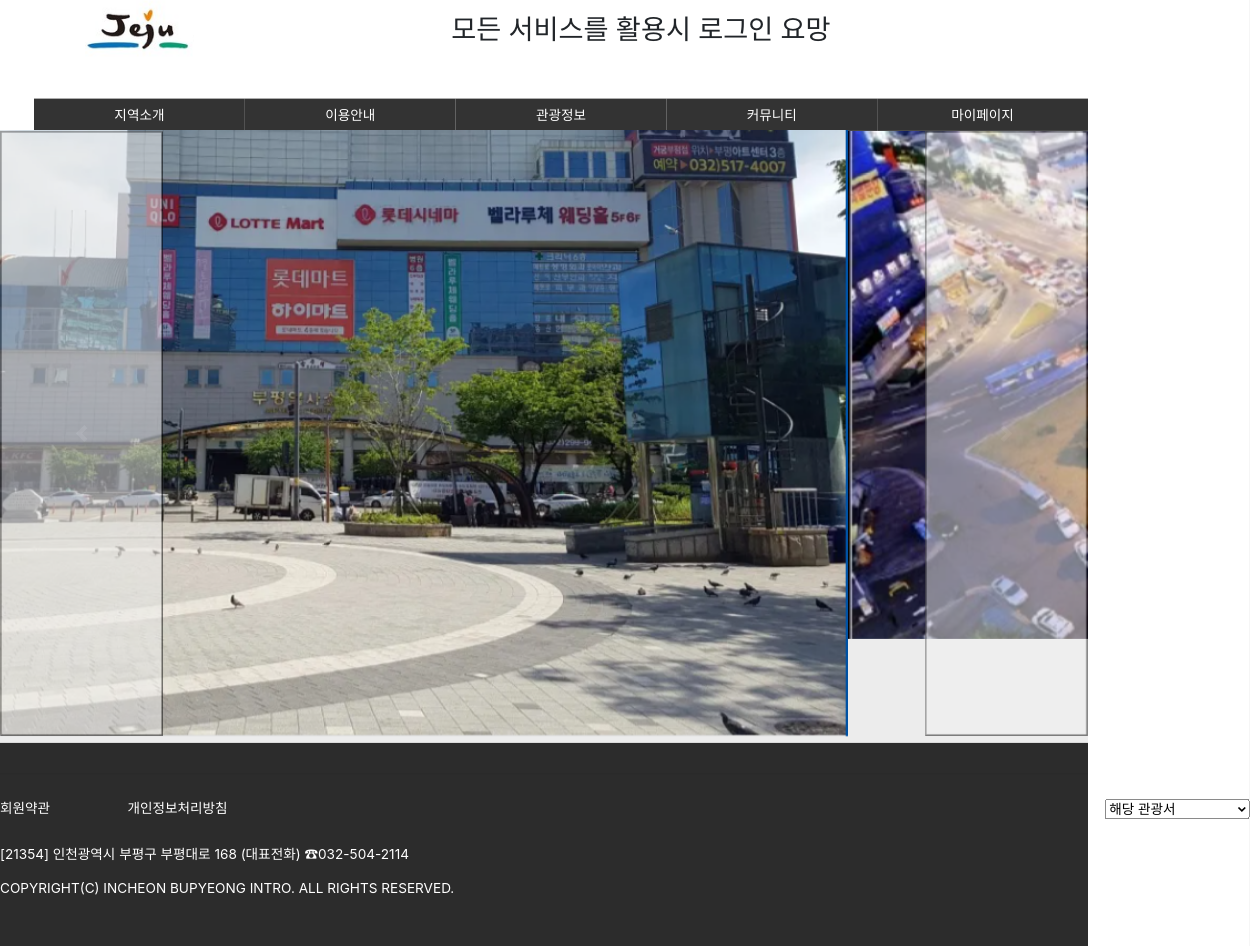
Repository: dlsqja432/Jeju-project
Page: http://localhost/jejudo/
An editor plug-in stored every save of this project. The page is shown before and after the next save, followed by the edit.
The browser window is 1280 px wide. The page is 1470 px wide, so the pictures cover 1470 px, including what lies to the right of the window. The pictures show the whole page, at 85% of full size.
The page is served by Tomcat 9. Other server files are loaded and not shown.

Above is the page before, as saved 2024-04-16 00:40:08.

### jejudo/WebContent/WEB-INF/index.jsp
<%@ page language="java" contentType="text/html; charset=UTF-8"
    pageEncoding="UTF-8"%>
<%@ taglib prefix="c" uri="http://java.sun.com/jsp/jstl/core" %>
<%@ taglib prefix="fmt" uri="http://java.sun.com/jsp/jstl/fmt" %>
<c:set var="path0" value="<%=request.getContextPath() %>" />
<!DOCTYPE html>
<html>
<head>
<meta charset="UTF-8">
<title>${title }</title>
<%@ include file="/head.jsp" %>
<style>
.container {width:1400px; }
.page { clear:both; height:100vh; }
.page_title { font-size:36px; padding-top:2em; text-align:center; }
#page1 { background-color:#ececec }
#page2 { background-color:#fbffc4 }
#page3 { background-color:#f9d6ff }
#page4 { background-color:#d6f5ff }
</style>
</head>
<body>
<div id="header">
	<%@ include file="/header.jsp" %>
</div>
<div id="contents">
	<section class="page" id="page1">
		<figure id="vs">
			<div id="carouselExampleControls" class="carousel slide" data-ride="carousel">
			  <div class="carousel-inner">
			    <div class="carousel-item active">
			      <img src="${path0 }/images/vs4.png" class="d-block w-100" alt="...">
			    </div>
			    <div class="carousel-item">
			      <img src="${path0 }/images/vs5.png" class="d-block w-100" alt="...">
			    </div>
			    <div class="carousel-item">
			      <img src="${path0 }/images/vs6.png" class="d-block w-100" alt="...">
			    </div>
			  </div>
			 <button class="carousel-control-prev" type="button" data-target="#carouselExampleControls" data-slide="prev">
			    <span class="carousel-control-prev-icon" aria-hidden="true"></span>
			    <span class="sr-only">Previous</span>
			  </button>
			  <button class="carousel-control-next" type="button" data-target="#carouselExampleControls" data-slide="next">
			    <span class="carousel-control-next-icon" aria-hidden="true"></span>
			    <span class="sr-only">Next</span>
			  </button>
			</div>
		</figure>
		<h3 class="page_title"></h3>
	</section>
	<div class="">
	</div>
</div>
<div id="footer">
	<%@ include file="/footer.jsp" %>
</div>
</body>
</html>

### jejudo/WebContent/head.jsp
<%@ page language="java" contentType="text/html; charset=UTF-8"
    pageEncoding="UTF-8"%>
<%@ taglib prefix="c" uri="http://java.sun.com/jsp/jstl/core" %>
<%@ taglib prefix="fmt" uri="http://java.sun.com/jsp/jstl/fmt" %>
<c:set var="ipath" value="<%=request.getContextPath() %>" />
<script src="${ipath }/js/jquery-3.2.1.min.js"></script>
<link rel="stylesheet" href="${ipath }/css/bootstrap.min.css" />
<script src="${ipath }/js/bootstrap.min.js"></script>
<link rel="stylesheet" href="https://cdnjs.cloudflare.com/ajax/libs/font-awesome/5.7.0/css/all.min.css" />
<meta name="viewport" content="width=device-width, initial-scale=1.0">
<meta name="subject" content="부평동 소개(Bupyeongdong Intro)" />
<meta name="description" content="부평동, 문화의 거리, 맛집, 교통, 소개" />
<meta name="keywords" content="부평동, 문화의 거리, 맛집, 교통, 소개" />
<link rel="icon" href="${ipath }/images/favicon.png" />
<link rel="shortcut icon" href="${ipath }/images/favicon.png" />
<meta property="og:type" content="website" />
<meta property="og:title" content="bupyeongdong" />
<meta property="og:description" content="부평동, 문화의 거리, 맛집, 교통, 소개" />
<meta property="og:image" content="${ipath }/images/site.png" />
<meta property="og:url" content="http://localhost:8091" />
<link rel="stylesheet" href="${ipath }/css/common.css" />

### jejudo/WebContent/header.jsp
<%@ page language="java" contentType="text/html; charset=UTF-8"
    pageEncoding="UTF-8"%>
<%@ taglib prefix="c" uri="http://java.sun.com/jsp/jstl/core" %>
<%@ taglib prefix="fmt" uri="http://java.sun.com/jsp/jstl/fmt" %>
<c:set var="hpath" value="<%=request.getContextPath() %>" />
<header>
	<div class="logo_wrap">
		<a href="/jeju"><img src="${hpath }/images/Logo.png" alt="제주도 로고" /></a>
	</div>
	<div id="tnb" style="height:100px; line-height:2rem; padding-top:1rem">
		<c:if test="${not empty sid }">
		<h2 style="text-align:center;">${sname } 님 환영합니다.</h2>
		</c:if>
		<c:if test="${empty sid }">
		<h2 style="text-align:center;">모든 서비스를 활용시 로그인 요망</h2>
		</c:if>
	</div>
	<nav id="gnb">
		<ul class="">
			<li class="item">
				<a href="" class="dp1">지역소개</a>
				<ul class="sub_menu">
					<li><a href="${hpath }/intro/origin.jsp">지명유래</a></li>
					<li><a href="${hpath }/intro/facility.jsp">지역 특징 및 시설안내</a></li>
					<li><a href="${hpath }/intro/history.jsp">연혁</a></li>
					<li><a href="${hpath }/intro/map.jsp">오시는 길</a></li>
				</ul>
			</li>
			<li class="item">
				<a href="" class="dp1">이용안내</a>
				<ul class="sub_menu">
					<li><a href="${hpath }/GetTrafficList.do">교통편 안내</a></li>
					<li><a href="${hpath }/tour/building.jsp">공공기관 안내</a></li>
					<li><a href="${hpath }/tour/association.jsp">음식점 안내</a></li>
					<li><a href="${hpath }/tour/lodg.jsp">숙박 시설 안내</a></li>
				</ul>
			</li>
			<li class="item">
				<a href="" class="dp1">관광정보</a>
				<ul class="sub_menu">
					<li><a href="${hpath }/NotiList.do">관광지</a></li>
					<li><a href="">문화재</a></li>
					<li><a href="${hpath }/GetQnaList.do">추천 여행코스</a></li>
				</ul>
			</li>
			<li class="item">
				<a href="" class="dp1">커뮤니티</a>
				<ul class="sub_menu">
					<li><a href="${hpath }/NotiList.do">공지사항</a></li>
					<li><a href="">자료실</a></li>
					<li><a href="${hpath }/GetQnaList.do">묻고답하기</a></li>
				</ul>
			</li>
			<li class="item">
				<a href="" class="dp1">마이페이지</a>
				<ul class="sub_menu">
					<c:if test="${empty sid }">
					<li><a href="${hpath }/member/login.jsp">로그인</a></li>
					<li><a href="${hpath }/member/term.jsp">회원가입</a></li>
					</c:if>
					<c:if test="${not empty sid }">
					<li><a href="${hpath }/Logout.do">로그아웃</a></li>
					<li><a href="${hpath }/EditMember.do?id=${sid }">회원정보</a></li>
					</c:if>
					<c:if test="${sid.equals('admin') }">
					<li><a href="${hpath }/AdminMain.do">관리자</a></li>
					</c:if>
					<li><a href="${hpath }/member/terms.jsp">회원약관</a></li>
					<li><a href="${hpath }/member/policy.jsp">개인정보처리방침</a></li>
				</ul>
			</li>
		</ul>
	</nav>
</header>
<hr>

### jejudo/WebContent/footer.jsp
<%@ page language="java" contentType="text/html; charset=UTF-8"
    pageEncoding="UTF-8"%>
<%@ taglib prefix="c" uri="http://java.sun.com/jsp/jstl/core" %>
<%@ taglib prefix="fmt" uri="http://java.sun.com/jsp/jstl/fmt" %>
<c:set var="fpath" value="<%=request.getContextPath() %>" />
<hr>
<footer>
	<div class="ft_wrap">
		<nav id="fnb">
			<ul>
				<li><a href="${hpath }/member/terms.jsp">회원약관</a></li>
				<li><a href="${hpath }/member/policy.jsp">개인정보처리방침</a></li>
			</ul>
		</nav>
		<div id="loc">
			<select name="sel" id="sel" onchange="locate()">
				<option value="">해당 관광서</option>
				<option value="https://www.geumcheon.go.kr/portal/contents.do?key=651">부평동동주민센터</option>
				<option value="https://www.smpa.go.kr/user/nd19306.do">부평파출소</option>
				<option value="https://www.life114.co.kr/html/board/view.asp?M_SEQ=1877802#google_vignette">인천부평디지털우체국</option>
			</select>
		</div>
		<script>
		function locate(){
			var sel = document.getElementById("sel");
			if(sel.value!=""){
				window.open(sel.value);
			}
		}
		</script>
		<br><br>
		<div id="copyright">
			<p class="addr">[21354] 인천광역시 부평구 부평대로 168 (대표전화) ☎032-504-2114</p>
			<p class="copy">COPYRIGHT(C) INCHEON BUPYEONG INTRO. ALL RIGHTS RESERVED.</p>
		</div>
	</div>
</footer>

### jejudo/src/org/jeju/ctrl/Main.java
package org.jeju.ctrl;

import java.io.IOException;

import javax.servlet.RequestDispatcher;
import javax.servlet.ServletContext;
import javax.servlet.ServletException;
import javax.servlet.annotation.WebServlet;
import javax.servlet.http.HttpServlet;
import javax.servlet.http.HttpServletRequest;
import javax.servlet.http.HttpServletResponse;

@WebServlet("/jeju")
public class Main extends HttpServlet {
	private static final long serialVersionUID = 1L;

    public Main() {
        super();
    }

	protected void service(HttpServletRequest request, HttpServletResponse response) throws ServletException, IOException {
		ServletContext application = request.getServletContext();
		String realPath = request.getSession().getServletContext().getRealPath("/");
		application.setAttribute("realPath", realPath);
		application.setAttribute("title", "부평 소개");

//		List<Notice> latestNotiList = new ArrayList<>();
//		List<Qna> latestQnaList = new ArrayList<>();

//		request.setAttribute("latestNotiList", latestNotiList);
//		request.setAttribute("latestQnaList", latestQnaList);
		request.setAttribute("idol1", "./images/idol1.jpg");
		RequestDispatcher view = request.getRequestDispatcher("/WEB-INF/index.jsp");
		view.forward(request, response);
	}
}

### jejudo/WebContent/css/common.css
@charset "UTF-8";
#header { clear:both; height:120px; }
.logo_wrap { float:left; width:128px; height:auto; margin-left:100px; }
.logo_wrap a { display:block; width:100%; height:auto; }
.logo_wrap a img { display:block; width:100%; height:auto; }
#gnb { clear:both; display:block; width:1280px; height:50px;
margin:15px auto; }
#gnb a { text-decoration:none; }
#gnb ul { list-style:none; }
#gnb .item { float:left; width:20%; position:relative; }
#gnb a.dp1 { display:block; line-height:38px; text-align:center;
background-color:#333; color:#fff; }
#gnb .sub_menu { display:none; position:absolute; top:38px; left:0px;
padding:0; width:100%; z-index:999; }
#gnb .item:hover .sub_menu { display:block; }
#gnb .item:hover a.dp1 { background-color:deepskyblue; }
#gnb .item .sub_menu li { margin:0; padding:0;
text-indent:90px; line-height:32px;  width:100%;
background-color:#659ffc; }
#gnb .item .sub_menu li:hover { background-color:deepskyblue; }
#gnb .item .sub_menu li a { color:#fff; }
#contents { clear:both; }

#vs { clear:both; width:100%; height:800px; overflow:hidden; }
#vs img { display:block; width:100%; height:auto; margin-top:-250px;}

.ft_wrap { width:1400px; margin:0 auto; }
#fnb { width:800px; height:48px; float:left; }
#fnb ul { list-style:none; margin:0px; padding:0px; clear:both; height:48px; }
#fnb li { float:left; width:150px; text-align:left; line-height:48px; }
#fnb li a { color:#fff; }
#loc { width:100px; height:30px; line-height:30px; margin-top:10px; float:right; }
#copyright { clear:both; margin-top:18px; width:100%; }

#footer { background-color:#2c2c2c; padding-top:20px; padding-bottom:40px;
color:#fff; }

Loaded but not shown: jejudo/WebContent/js/jquery-3.2.1.min.js (library); jejudo/WebContent/css/bootstrap.min.css (library); jejudo/WebContent/js/bootstrap.min.js (library)

After the next save:
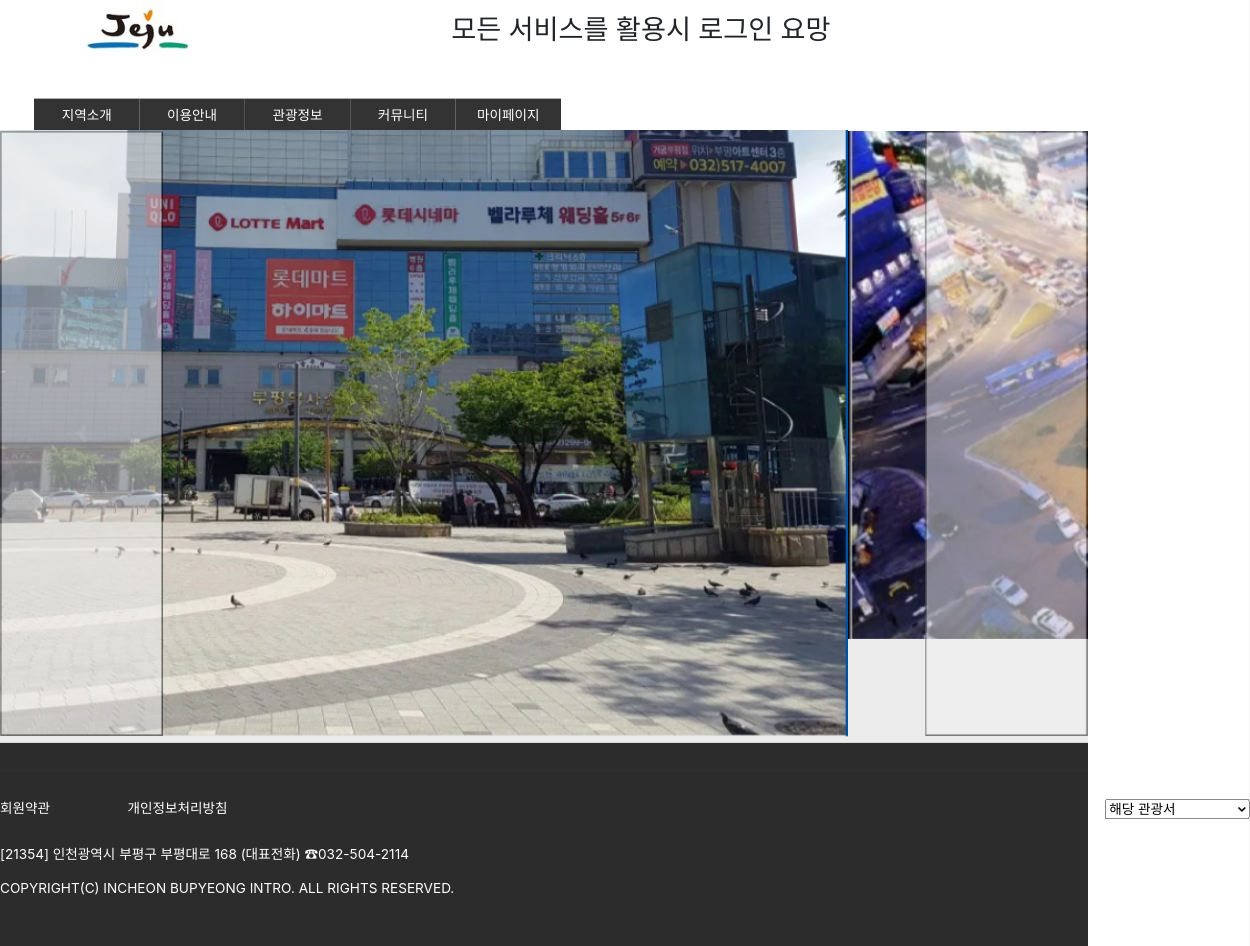
Saved 27 s later.
--- a/jejudo/WebContent/css/common.css
+++ b/jejudo/WebContent/css/common.css
@@ -7,7 +7,7 @@
 margin:15px auto; }
 #gnb a { text-decoration:none; }
 #gnb ul { list-style:none; }
-#gnb .item { float:left; width:20%; position:relative; }
+#gnb .item { float:left; width:10%; position:relative; }
 #gnb a.dp1 { display:block; line-height:38px; text-align:center;
 background-color:#333; color:#fff; }
 #gnb .sub_menu { display:none; position:absolute; top:38px; left:0px;
